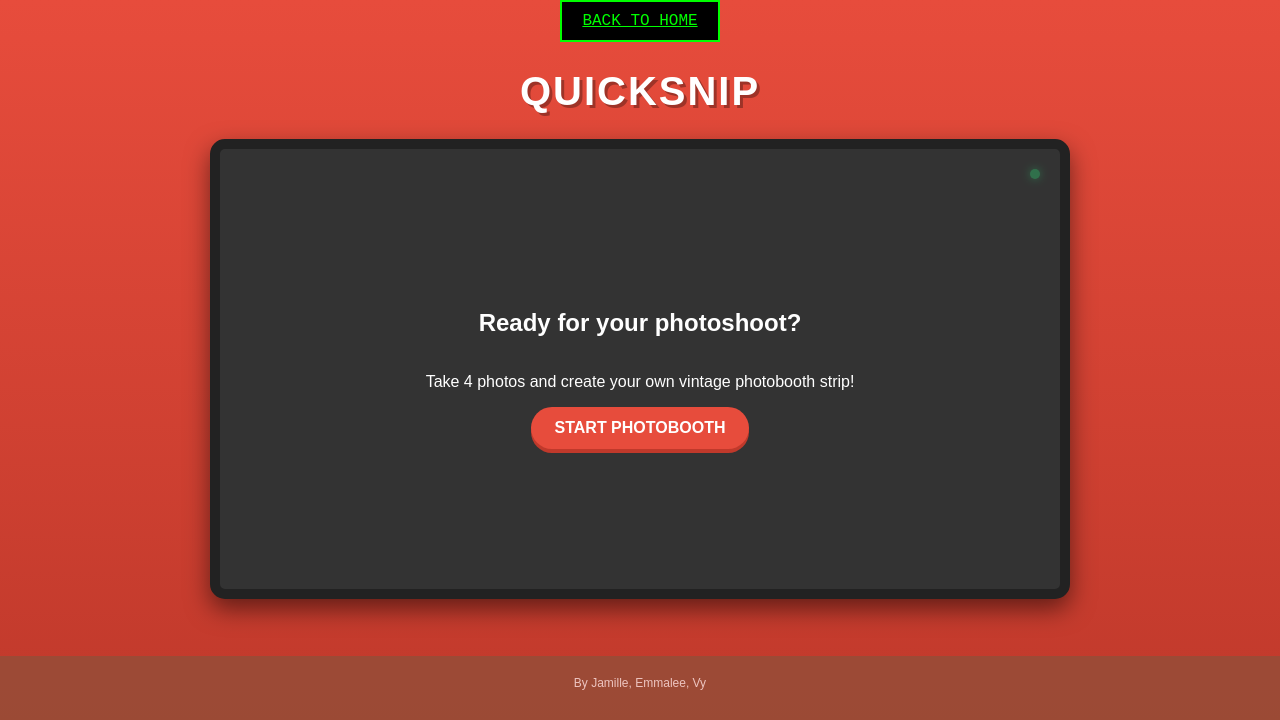
Repository: Strawb3rryjam/QuickSnip
Page: photobooth.html
The author's editor kept a copy of each file at every save. The page is drawn from the files as they stood at one save, then again after the next save.
The browser window is 1280 px wide. The pictures show the whole page.
Some web fonts or font styles are not loaded; a fallback is used.

Above is the page before, as saved 2025-05-08 15:46:41.

### photobooth.html
<!DOCTYPE html>
<html lang="en">

<head>
    <meta charset="UTF-8">
    <meta name="viewport" content="width=device-width, initial-scale=1.0">
    <title>Retro Photobooth</title>
    <link rel="stylesheet" href="styles.css">

    <!--Font-->
    <link rel="preconnect" href="https://fonts.googleapis.com">
    <link rel="preconnect" href="https://fonts.gstatic.com" crossorigin>
    <link href="https://fonts.googleapis.com/css2?family=Titan+One&display=swap" rel="stylesheet">
</head>

<body>
    <a href="index.html" id="home" class="button">Back to Home</a>


    <h1>QUICKSNIP</h1>
    <div class="container">
        <div class="retro-light"></div>

        <div class="start-screen" id="startScreen">

            <h2>Ready for your photoshoot?</h2>
            <p>Take 4 photos and create your own vintage photobooth strip!</p>
            <button id="startButton">Start Photobooth</button>
        </div>

        <div class="camera-container" id="cameraContainer">
            <video id="camera" autoplay playsinline></video>
            <div class="countdown" id="countdown"></div>
            <div class="flash" id="flash"></div>
            <div class="loading-message" id="loadingMessage">Initializing camera...</div>
        </div>

        <div class="controls" id="cameraControls" style="display: none;">
            <button id="captureButton">Take Photos</button>
        </div>

        <div class="photostrip-container" id="photostripContainer">
            <div class="photostrip" id="photostrip">
                <div class="photostrip-branding">Retro Photobooth - April 28, 2025</div>
            </div>

            <div class="editor-tools">
                <div>
                    <h3>Border Color</h3>
                    <div class="color-picker" id="colorPicker">
                        <div class="color selected" style="background-color: white;" data-color="white"></div>
                        <div class="color" style="background-color: #ffcc00;" data-color="#ffcc00"></div>
                        <div class="color" style="background-color: #ff6b6b;" data-color="#ff6b6b"></div>
                        <div class="color" style="background-color: #48dbfb;" data-color="#48dbfb"></div>
                        <div class="color" style="background-color: #1dd1a1;" data-color="#1dd1a1"></div>
                        <div class="color" style="background-color: #f368e0;" data-color="#f368e0"></div>
                        <div class="color" style="background-color: #ff9f43;" data-color="#ff9f43"></div>
                        <div class="color" style="background-color: black;" data-color="black"></div>
                    </div>
                </div>

                <div>
                    <h3>Add Stickers</h3>
                    <div class="stickers" id="stickerPicker">
                        <div class="sticker">⭐</div>
                        <div class="sticker">❤️</div>
                        <div class="sticker">🌈</div>
                        <div class="sticker">😎</div>
                        <div class="sticker">🎉</div>
                        <div class="sticker">✨</div>
                        <div class="sticker">💯</div>
                        <div class="sticker">🔥</div>
                        <div class="sticker">👑</div>
                        <div class="sticker">🦄</div>
                    </div>
                </div>

                <button id="downloadButton">Download Photostrip</button>
                <button id="resetButton">Take New Photos</button>
            </div>
        </div>
    </div>

    <div id="copyright">By Jamille, Emmalee, Vy</div>

    <script src="https://cdnjs.cloudflare.com/ajax/libs/html2canvas/1.4.1/html2canvas.min.js"></script>
    <script src="scripts.js"></script>
</body>

</html>

### styles.css
body {
  font-family: 'titan-one-regular', sans-serif;
  background-color: #f0f0f0;
  margin: 0;
  padding: 0;
  display: flex;
  flex-direction: column;
  align-items: center;
  min-height: 100vh;
  background-image: linear-gradient(to bottom, #e74c3c, #c0392b);
  color: white;
  text-align: center;
}

h1 {
  font-family: 'titan-one-regular', sans-serif;
  letter-spacing: 2px;
  font-size: 2.5rem;
  text-shadow: 3px 3px 0px rgba(0, 0, 0, 0.3);
  margin-bottom: 5px;
}


.photobooth-exterior {
  position: relative;
  width: 100vw;
  height: 100vh;
  overflow: hidden;
  display: flex;
  justify-content: center;
  align-items: center;
}



.entrance {
  position: absolute;
  top: 0;
  left: 0;
  width: 100%;
  height: 100%;
  object-fit: cover;
  object-position: center;
  z-index: -1;
}




#curtain {
  position: absolute;
  width: 20vw; /* Responsive width */
  height: 428px; /* Let it scale proportionally */
  left: 50%; /* Center-ish position */
  top: 35%;  /* Adjust as needed */
  transform: translate(-30%, -14%); /* Centers the image on its position point */
  object-fit: contain;
  cursor: pointer;
  z-index: 1; /* Above entrance image */
}


#home {
  font-family: 'Courier New', monospace;
  background-color: #000;
  color: #0f0;
  border: 2px solid #0f0;
  padding: 10px 20px;
  text-transform: uppercase;
}


#home:hover {
  background-color: #e60000;
}




.container {
  max-width: 800px;
  width: 95%;
  background-color: #333;
  border-radius: 15px;
  padding: 20px;
  box-shadow: 0 10px 25px rgba(0, 0, 0, 0.5);
  margin: 20px 0;
  border: 10px solid #222;
  position: relative;
}

.start-screen {
  display: flex;
  flex-direction: column;
  align-items: center;
  justify-content: center;
  height: 400px;
}

.camera-container {
  position: relative;
  margin: 0 auto;
  width: 100%;
  max-width: 640px;
  border-radius: 8px;
  overflow: hidden;
  display: none;
}

#camera {
  width: 100%;
  height: auto;
  background-color: #222;
  border-radius: 8px;
  transform: scaleX(-1);
}

.controls {
  margin-top: 20px;
  display: flex;
  justify-content: center;
  flex-wrap: wrap;
  gap: 10px;
}

button {
  background-color: #e74c3c;
  color: white;
  border: none;
  padding: 12px 24px;
  font-size: 16px;
  border-radius: 30px;
  cursor: pointer;
  transition: all 0.3s;
  font-weight: bold;
  box-shadow: 0 4px 0 #c0392b;
  text-transform: uppercase;
}

button:hover {
  background-color: #c0392b;
  box-shadow: 0 2px 0 #9e2a1e;
  transform: translateY(2px);
}

button:active {
  transform: translateY(4px);
  box-shadow: none;
}

button:disabled {
  background-color: #999;
  box-shadow: none;
  cursor: not-allowed;
}

.countdown {
  position: absolute;
  top: 50%;
  left: 50%;
  transform: translate(-50%, -50%);
  font-size: 8rem;
  color: white;
  text-shadow: 0 0 10px #000;
  opacity: 0.8;
  display: none;
}

.flash {
  position: absolute;
  top: 0;
  left: 0;
  width: 100%;
  height: 100%;
  background-color: white;
  opacity: 0;
  transition: opacity 0.1s;
}

.photostrip-container {
  display: none;
  flex-direction: column;
  align-items: center;
  width: 100%;
}

.photostrip {
  display: flex;
  flex-direction: column;
  gap: 10px;
  background-color: white;
  padding: 20px;
  width: 240px;
  border-radius: 5px;
  box-shadow: 0 0 10px rgba(0,0,0,0.5);
  margin-bottom: 20px;
  position: relative;
}

.photostrip img {
  width: 100%;
  height: auto;
  border: 1px solid #ddd;
}

.photostrip-branding {
  color: #333;
  font-size: 12px;
  margin-top: 10px;
  text-align: center;
  font-family: 'Courier New', monospace;
}

.editor-tools {
  display: flex;
  flex-wrap: wrap;
  justify-content: center;
  gap: 10px;
  margin-top: 20px;
  width: 100%;
}

.color-picker {
  display: flex;
  flex-wrap: wrap;
  justify-content: center;
  gap: 5px;
  margin-bottom: 15px;
}

.color {
  width: 30px;
  height: 30px;
  border-radius: 50%;
  cursor: pointer;
  border: 2px solid transparent;
  transition: transform 0.2s;
}

.color:hover {
  transform: scale(1.2);
}

.color.selected {
  border: 2px solid white;
  box-shadow: 0 0 5px rgba(0,0,0,0.5);
}

.stickers {
  display: flex;
  flex-wrap: wrap;
  justify-content: center;
  gap: 10px;
  margin-bottom: 15px;
}

.sticker {
  font-size: 24px;
  cursor: pointer;
  background-color: rgba(255, 255, 255, 0.2);
  border-radius: 5px;
  padding: 5px;
  transition: transform 0.2s;
}

.sticker:hover {
  transform: scale(1.2);
}

.draggable-sticker {
  position: absolute;
  cursor: move;
  user-select: none;
  font-size: 24px;
}

.retro-light {
  position: absolute;
  width: 10px;
  height: 10px;
  background-color: #2ecc71;
  border-radius: 50%;
  top: 20px;
  right: 20px;
  box-shadow: 0 0 10px #2ecc71;
  animation: blink 2s infinite;
}

@keyframes blink {
  0%, 100% { opacity: 1; }
  50% { opacity: 0.4; }
}

.loading-message {
  font-size: 1.2rem;
  margin-bottom: 20px;
  animation: pulse 1.5s infinite;
}

@keyframes pulse {
  0%, 100% { opacity: 1; }
  50% { opacity: 0.5; }
}

#copyright {
  position: fixed;
  bottom: 0;
  left: 0;
  width: 100%;
  margin-top: 100px; /* Remove margin-top */
  font-size: 12px;
  opacity: 0.7;
  text-align: center; /* Center the text */
  background-color: #8C523B; /* Optional: Add background color to make it stand out */
  padding-top: 20px; /* Optional: Adjust padding for spacing */
  padding-bottom: 30px;
}

### scripts.js
document.addEventListener("DOMContentLoaded", () => {
  // DOM Elements
  const curtain = document.getElementById("curtain");

  if (curtain) {
    const frames = [
      "assets/curtain1.svg",
      "assets/curtain2.svg",
      "assets/curtain3.svg",
      "assets/curtain4.svg",
    ];

    let interval = 0;

    function animateCurtain(forward = true) {
      let index = forward ? 0 : frames.length - 1;
      clearInterval(interval);
      interval = setInterval(() => {
        curtain.src = frames[index];
        index = forward ? index + 1 : index - 1;
        if (index < 0 || index >= frames.length) clearInterval(interval);
      }, 100);
    }

    curtain.addEventListener("mouseenter", () => animateCurtain(true));
    curtain.addEventListener("mouseleave", () => animateCurtain(false));

    // 👉 Navigate to photobooth.html on click
    curtain.addEventListener("click", () => {
      window.location.href = "photobooth.html";
    });
  } else {
    console.error("Curtain element not found!");
  }

  // back to home button
  document.addEventListener("DOMContentLoaded", () => {
    const homeButton = document.getElementById("home");
    if (homeButton) {
      homeButton.addEventListener("click", () => {
        window.location.href = "index.html";
      });
    }
  });

  const startScreen = document.getElementById("startScreen");
  const cameraContainer = document.getElementById("cameraContainer");
  const camera = document.getElementById("camera");
  const captureButton = document.getElementById("captureButton");
  const startButton = document.getElementById("startButton");
  const cameraControls = document.getElementById("cameraControls");
  const countdown = document.getElementById("countdown");
  const flash = document.getElementById("flash");
  const photostripContainer = document.getElementById("photostripContainer");
  const photostrip = document.getElementById("photostrip");
  const downloadButton = document.getElementById("downloadButton");
  const resetButton = document.getElementById("resetButton");
  const colorPicker = document.getElementById("colorPicker");
  const stickerPicker = document.getElementById("stickerPicker");
  const loadingMessage = document.getElementById("loadingMessage");

  // App State
  let stream = null;
  let photosTaken = 0;
  const maxPhotos = 4;
  let photoElements = [];
  let isCountingDown = false;

  // Start the photobooth
  startButton.addEventListener("click", initCamera);

  // Initialize the camera
  async function initCamera() {
    startScreen.style.display = "none";
    cameraContainer.style.display = "block";

    try {
      stream = await navigator.mediaDevices.getUserMedia({
        video: {
          facingMode: "user",
          width: { ideal: 640 },
          height: { ideal: 480 },
        },
        audio: false,
      });

      camera.srcObject = stream;
      loadingMessage.style.display = "none";
      cameraControls.style.display = "flex";
      captureButton.addEventListener("click", startPhotoSequence);
    } catch (err) {
      loadingMessage.textContent = "Camera access denied or not available :(";
      console.error("Error accessing camera:", err);
    }
  }

  // Start the photo taking sequence
  function startPhotoSequence() {
    if (isCountingDown) return;

    isCountingDown = true;
    captureButton.disabled = true;
    startCountdown();
  }

  // Display countdown before taking photo
  function startCountdown() {
    let count = 3;
    countdown.textContent = count;
    countdown.style.display = "block";

    const countInterval = setInterval(() => {
      count--;

      if (count > 0) {
        countdown.textContent = count;
      } else {
        clearInterval(countInterval);
        countdown.style.display = "none";
        takePhoto();
      }
    }, 1000);
  }

  // Take a photo
  function takePhoto() {
    // Create flash effect
    flash.style.opacity = "0.8";
    setTimeout(() => {
      flash.style.opacity = "0";
    }, 100);

    // Create the canvas to capture the photo
    const canvas = document.createElement("canvas");
    const context = canvas.getContext("2d");

    // Set canvas dimensions to match the video
    canvas.width = camera.videoWidth;
    canvas.height = camera.videoHeight;

    // Draw the video frame on the canvas, flip horizontally
    context.translate(canvas.width, 0);
    context.scale(-1, 1);
    context.drawImage(camera, 0, 0, canvas.width, canvas.height);

    // Convert canvas to image
    const imgUrl = canvas.toDataURL("image/jpeg");

    // Add to photostrip
    photosTaken++;
    const photoElement = document.createElement("img");
    photoElement.src = imgUrl;
    photoElement.alt = `Photo ${photosTaken}`;
    photoElements.push(photoElement);

    // Check if we need to take more photos
    if (photosTaken < maxPhotos) {
      // Wait before next photo
      setTimeout(() => {
        isCountingDown = false;
        startCountdown();
      }, 1000);
    } else {
      // We're done taking photos
      finishPhotoSession();
    }
  }

  // Finish photo session and show the photostrip
  function finishPhotoSession() {
    // Stop camera
    if (stream) {
      stream.getTracks().forEach((track) => track.stop());
      stream = null;
    }

    // Hide camera UI
    cameraContainer.style.display = "none";
    cameraControls.style.display = "none";

    // Add photos to photostrip
    for (let i = 0; i < photoElements.length; i++) {
      photostrip.appendChild(photoElements[i]);
    }

    // Show photostrip editor
    photostripContainer.style.display = "flex";

    // Initialize the editing tools
    initEditingTools();
  }

  // Initialize editing tools for photostrip
  function initEditingTools() {
    // Color picker functionality
    colorPicker.querySelectorAll(".color").forEach((colorEl) => {
      colorEl.addEventListener("click", () => {
        // Remove selected class from all colors
        colorPicker.querySelectorAll(".color").forEach((el) => {
          el.classList.remove("selected");
        });

        // Add selected class to clicked color
        colorEl.classList.add("selected");

        // Apply color to photostrip
        const selectedColor = colorEl.getAttribute("data-color");
        photostrip.style.backgroundColor = selectedColor;
      });
    });

    // Sticker functionality
    stickerPicker.querySelectorAll(".sticker").forEach((stickerEl) => {
      stickerEl.addEventListener("click", () => {
        addSticker(stickerEl.textContent);
      });
    });

    // Download button
    downloadButton.addEventListener("click", downloadPhotostrip);

    // Reset button
    resetButton.addEventListener("click", resetPhotobooth);
  }

  // Add a draggable sticker to the photostrip
  function addSticker(emoji) {
    const sticker = document.createElement("div");
    sticker.classList.add("draggable-sticker");
    sticker.textContent = emoji;
    sticker.style.left = "50%";
    sticker.style.top = "50%";
    sticker.style.transform = "translate(-50%, -50%)";
    photostrip.appendChild(sticker);

    // Make sticker draggable
    let isDragging = false;
    let offsetX, offsetY;

    sticker.addEventListener("mousedown", (e) => {
      isDragging = true;
      const rect = sticker.getBoundingClientRect();
      offsetX = e.clientX - rect.left;
      offsetY = e.clientY - rect.top;
      sticker.style.zIndex = "1000";
    });

    document.addEventListener("mousemove", (e) => {
      if (!isDragging) return;

      const photoRect = photostrip.getBoundingClientRect();
      const x = e.clientX - photoRect.left - offsetX;
      const y = e.clientY - photoRect.top - offsetY;

      sticker.style.left = `${x}px`;
      sticker.style.top = `${y}px`;
      sticker.style.transform = "none";
    });

    document.addEventListener("mouseup", () => {
      isDragging = false;
      sticker.style.zIndex = "999";
    });

    // Touch support for mobile
    sticker.addEventListener("touchstart", (e) => {
      isDragging = true;
      const touch = e.touches[0];
      const rect = sticker.getBoundingClientRect();
      offsetX = touch.clientX - rect.left;
      offsetY = touch.clientY - rect.top;
      sticker.style.zIndex = "1000";
      e.preventDefault();
    });

    document.addEventListener("touchmove", (e) => {
      if (!isDragging) return;

      const touch = e.touches[0];
      const photoRect = photostrip.getBoundingClientRect();
      const x = touch.clientX - photoRect.left - offsetX;
      const y = touch.clientY - photoRect.top - offsetY;

      sticker.style.left = `${x}px`;
      sticker.style.top = `${y}px`;
      sticker.style.transform = "none";
      e.preventDefault();
    });

    document.addEventListener("touchend", () => {
      isDragging = false;
      sticker.style.zIndex = "999";
    });
  }

  // Download the photostrip
  function downloadPhotostrip() {
    html2canvas(photostrip).then((canvas) => {
      const link = document.createElement("a");
      link.download = "retro-photostrip.jpg";
      link.href = canvas.toDataURL("image/jpeg", 0.8);
      link.click();
    });
  }

  // Reset the photobooth to start again
  function resetPhotobooth() {
    // Reset counters and arrays
    photosTaken = 0;
    photoElements = [];

    // Clear the photostrip
    const photos = photostrip.querySelectorAll("img");
    const stickers = photostrip.querySelectorAll(".draggable-sticker");

    photos.forEach((photo) => photo.remove());
    stickers.forEach((sticker) => sticker.remove());

    // Reset photostrip color
    photostrip.style.backgroundColor = "white";
    colorPicker.querySelectorAll(".color").forEach((el) => {
      el.classList.remove("selected");
    });
    colorPicker.querySelector('[data-color="white"]').classList.add("selected");

    // Hide photostrip and show start screen
    photostripContainer.style.display = "none";
    startScreen.style.display = "flex";

    // Reset buttons
    captureButton.disabled = false;
    isCountingDown = false;
  }
});

After the next save:
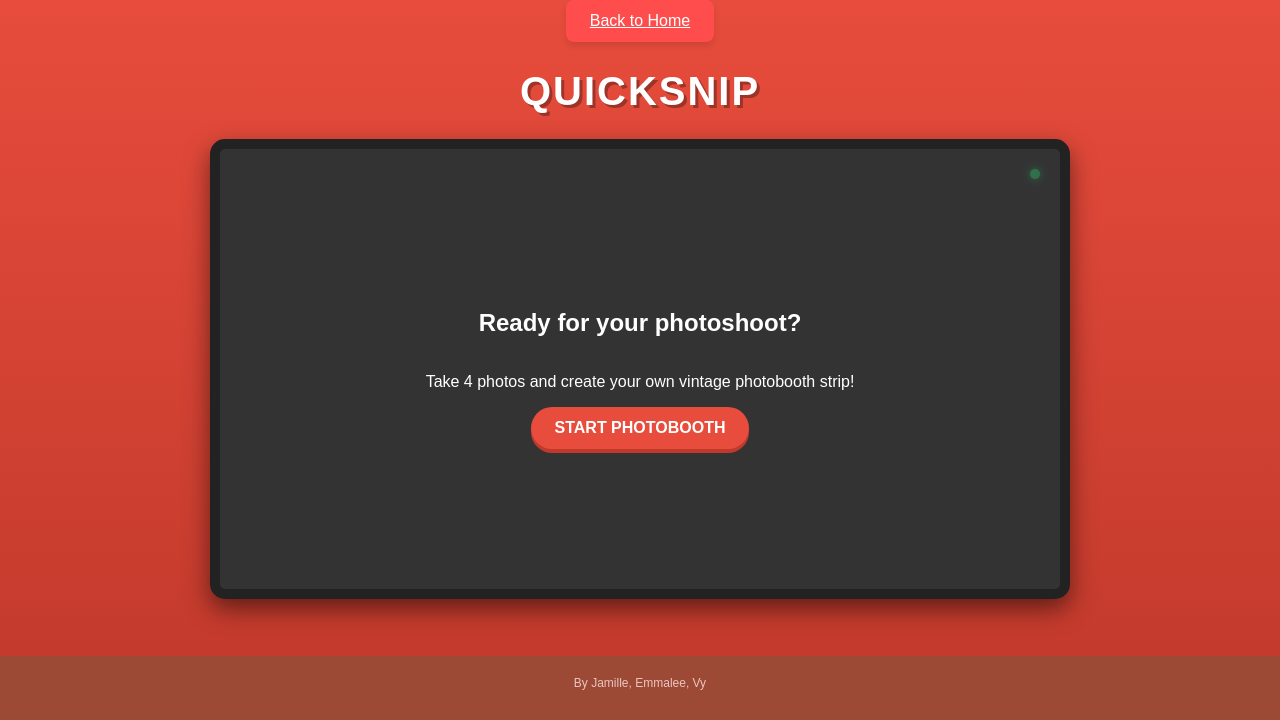
Saved 8 s later.
--- a/styles.css
+++ b/styles.css
@@ -61,14 +61,16 @@ h1 {
 
 
 #home {
-  font-family: 'Courier New', monospace;
-  background-color: #000;
-  color: #0f0;
-  border: 2px solid #0f0;
-  padding: 10px 20px;
-  text-transform: uppercase;
-}
-
+  background-color: #ff4d4d;
+  color: white;
+  border: none;
+  padding: 12px 24px;
+  border-radius: 8px;
+  font-size: 16px;
+  cursor: pointer;
+  transition: background-color 0.3s ease;
+  box-shadow: 0 4px 6px rgba(0, 0, 0, 0.1);
+}
 
 #home:hover {
   background-color: #e60000;
